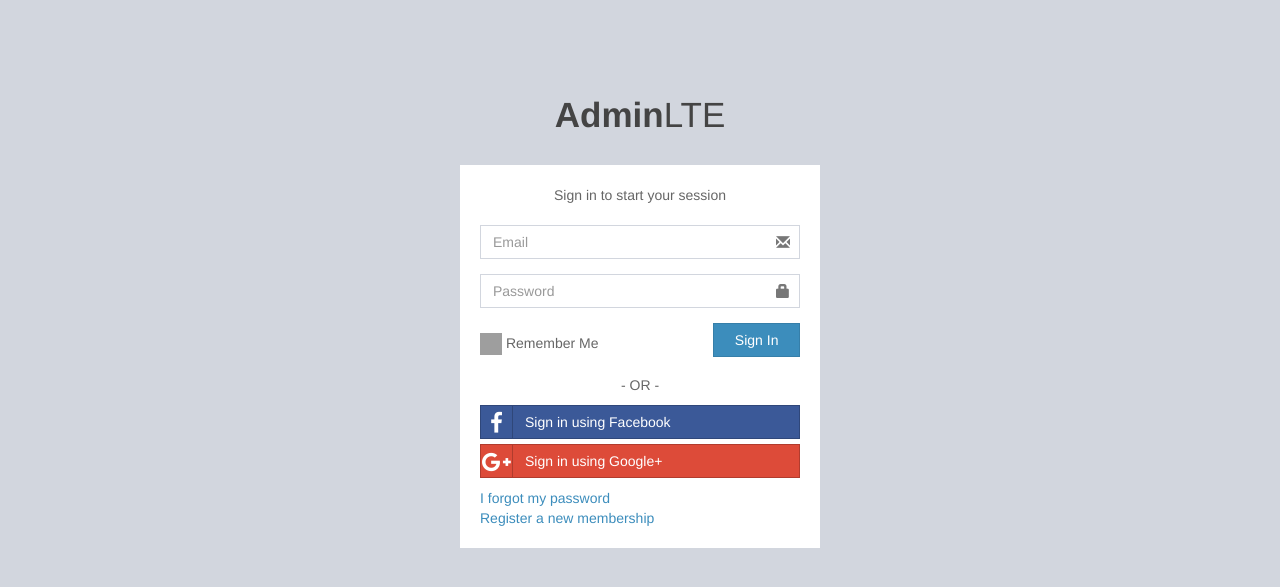
Repository: abinhasan/AdminLteIntegrationToAngular
Page: /login
An editor plug-in stored every save of this project. The page is shown before and after the next save, followed by the edit.
The browser window is 1280 px wide. The pictures show the whole page.
Pictures or frames that could not be fetched are drawn as grey boxes. The project was rebuilt for these pictures with package versions that can differ from the ones it lists, and the page was loaded fresh each time. Also part of the build but not shown: angular.json.

Above is the page before, as saved 2019-07-22 22:51:41.

### src/index.html
<!doctype html>
<html lang="en">
<head>
  <meta charset="utf-8">
  <title>AdminLteIntegrationToAngular</title>
  <base href="/">

  <meta name="viewport" content="width=device-width, initial-scale=1">
  <link rel="icon" type="image/x-icon" href="favicon.ico">
</head>
<body>
  <app-root></app-root>
</body>
</html>

### src/styles.scss
/* You can add global styles to this file, and also import other style files */

@import url(assets/bower_components/bootstrap/dist/css/bootstrap.min.css);
@import url(assets/bower_components/font-awesome/css/font-awesome.min.css);
@import url(assets/bower_components/Ionicons/css/ionicons.min.css);
@import url(assets/bower_components/jvectormap/jquery-jvectormap.css);
@import url(assets/dist/css/AdminLTE.min.css);
@import url(assets/dist/css/skins/_all-skins.min.css);
@import url(assets/plugins/iCheck/square/blue.css);
// @import url(https://fonts.googleapis.com/css?family=Source+Sans+Pro:300,400,600,700,300italic,400italic,600italic);

### src/app/app.module.ts
import { BrowserModule } from '@angular/platform-browser';
import { NgModule } from '@angular/core';

import { AppRoutingModule } from './app-routing.module';
import { AppComponent } from './app.component';
import { LoginModule } from './login/login.module';

@NgModule({
  declarations: [
    AppComponent
  ],
  imports: [
    BrowserModule,
    AppRoutingModule,
    LoginModule
  ],
  providers: [],
  bootstrap: [AppComponent]
})
export class AppModule { }

### src/app/app-routing.module.ts
import { NgModule } from '@angular/core';
import { Routes, RouterModule } from '@angular/router';

const routes: Routes = [
  {path: '', redirectTo: 'login', pathMatch: 'full'}
];

@NgModule({
  imports: [RouterModule.forRoot(routes)],
  exports: [RouterModule]
})
export class AppRoutingModule { }

### src/app/app.component.ts
import { Component } from '@angular/core';

@Component({
  selector: 'app-root',
  templateUrl: './app.component.html',
  styleUrls: ['./app.component.scss']
})
export class AppComponent {
  title = 'AdminLteIntegrationToAngular';
}

### src/app/login/login.module.ts
import { NgModule } from '@angular/core';
import { CommonModule } from '@angular/common';

import { LoginRoutingModule } from './login-routing.module';
import { LoginComponent } from './login/login.component';

@NgModule({
  imports: [
    CommonModule,
    LoginRoutingModule
  ],
  declarations: [LoginComponent]
})
export class LoginModule { }

### src/app/login/login-routing.module.ts
import { NgModule } from '@angular/core';
import { Routes, RouterModule } from '@angular/router';
import { LoginComponent } from './login/login.component';


const routes: Routes = [
  {path:'login', component: LoginComponent}
];

@NgModule({
  imports: [RouterModule.forChild(routes)],
  exports: [RouterModule]
})
export class LoginRoutingModule { }

### src/app/login/login/login.component.ts
import { Component, OnInit } from '@angular/core';
declare var $: any;

@Component({
  selector: 'app-login',
  templateUrl: './login.component.html',
  styleUrls: ['./login.component.scss']
})
export class LoginComponent implements OnInit {

  constructor() { }

  ngOnInit() {
    document.body.className = 'hold-transition login-page';
    $(() => {
      $('input').iCheck({
        checkboxClass: 'icheckbox_square-blue',
        radioClass: 'iradio_square-blue',
        increaseArea: '20%' /* optional */
      });
    });
  }

}

### src/app/login/login/login.component.html
<div class="login-box">
    <div class="login-logo">
        <a href="../../index2.html"><b>Admin</b>LTE</a>
    </div>
    <!-- /.login-logo -->
    <div class="login-box-body">
        <p class="login-box-msg">Sign in to start your session</p>

        <form action="../../index2.html" method="post">
            <div class="form-group has-feedback">
                <input type="email" class="form-control" placeholder="Email">
                <span class="glyphicon glyphicon-envelope form-control-feedback"></span>
            </div>
            <div class="form-group has-feedback">
                <input type="password" class="form-control" placeholder="Password">
                <span class="glyphicon glyphicon-lock form-control-feedback"></span>
            </div>
            <div class="row">
                <div class="col-xs-8">
                    <div class="checkbox icheck">
                        <label class="">
              <div class="icheckbox_square-blue" aria-checked="false" aria-disabled="false" style="position: relative;"><input type="checkbox" style="position: absolute; top: -20%; left: -20%; display: block; width: 140%; height: 140%; margin: 0px; padding: 0px; background: rgb(255, 255, 255); border: 0px; opacity: 0;"><ins class="iCheck-helper" style="position: absolute; top: -20%; left: -20%; display: block; width: 140%; height: 140%; margin: 0px; padding: 0px; background: rgb(255, 255, 255); border: 0px; opacity: 0;"></ins></div> Remember Me
            </label>
                    </div>
                </div>
                <!-- /.col -->
                <div class="col-xs-4">
                    <button type="submit" class="btn btn-primary btn-block btn-flat">Sign In</button>
                </div>
                <!-- /.col -->
            </div>
        </form>

        <div class="social-auth-links text-center">
            <p>- OR -</p>
            <a href="#" class="btn btn-block btn-social btn-facebook btn-flat"><i class="fa fa-facebook"></i> Sign in using
        Facebook</a>
            <a href="#" class="btn btn-block btn-social btn-google btn-flat"><i class="fa fa-google-plus"></i> Sign in using
        Google+</a>
        </div>
        <!-- /.social-auth-links -->

        <a href="#">I forgot my password</a><br>
        <a href="register.html" class="text-center">Register a new membership</a>

    </div>
    <!-- /.login-box-body -->
</div>

Loaded but not shown: src/main.ts (common file); src/assets/bower_components/bootstrap/dist/css/bootstrap.min.css (library); src/assets/bower_components/font-awesome/css/font-awesome.min.css (library); src/assets/bower_components/Ionicons/css/ionicons.min.css (library); src/assets/bower_components/jvectormap/jquery-jvectormap.css (common file); src/assets/dist/css/AdminLTE.min.css (library); src/assets/dist/css/skins/_all-skins.min.css (library); src/assets/plugins/iCheck/square/blue.css (common file); src/environments/environment.ts (common file); src/app/app.component.html (common file); src/app/app.component.scss (no stored copy; drawn as an empty file); src/app/login/login/login.component.scss (no stored copy; drawn as an empty file)

After the next save:
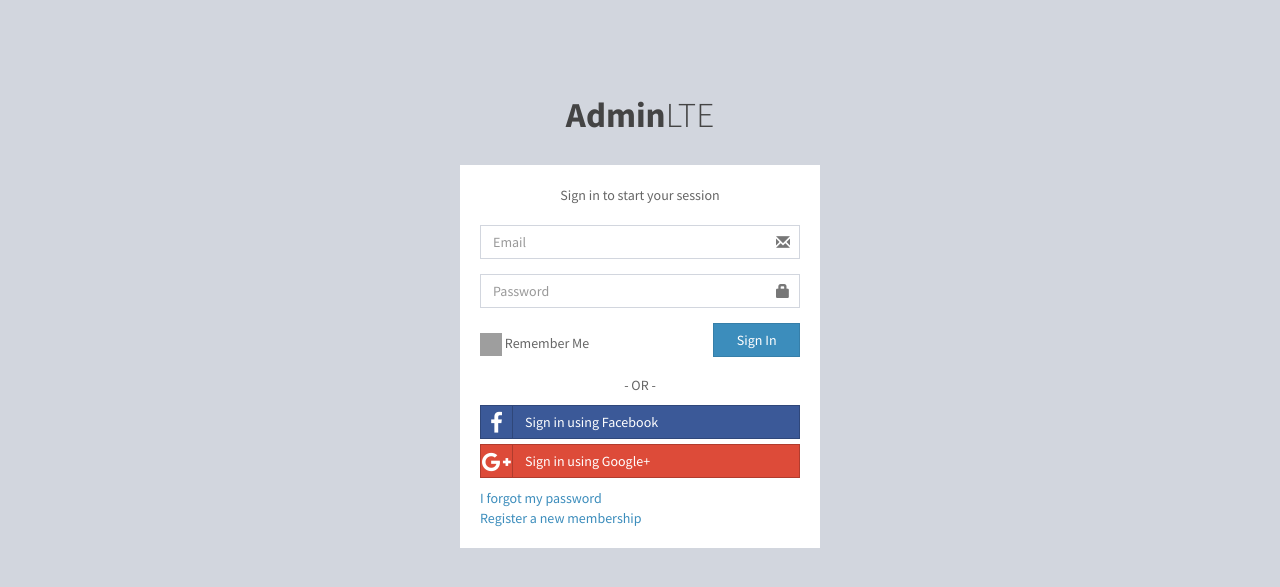
Saved 4 min 25 s later.
--- a/src/styles.scss
+++ b/src/styles.scss
@@ -7,4 +7,4 @@
 @import url(assets/dist/css/AdminLTE.min.css);
 @import url(assets/dist/css/skins/_all-skins.min.css);
 @import url(assets/plugins/iCheck/square/blue.css);
-// @import url(https://fonts.googleapis.com/css?family=Source+Sans+Pro:300,400,600,700,300italic,400italic,600italic);
+@import url(https://fonts.googleapis.com/css?family=Source+Sans+Pro:300,400,600,700,300italic,400italic,600italic);
